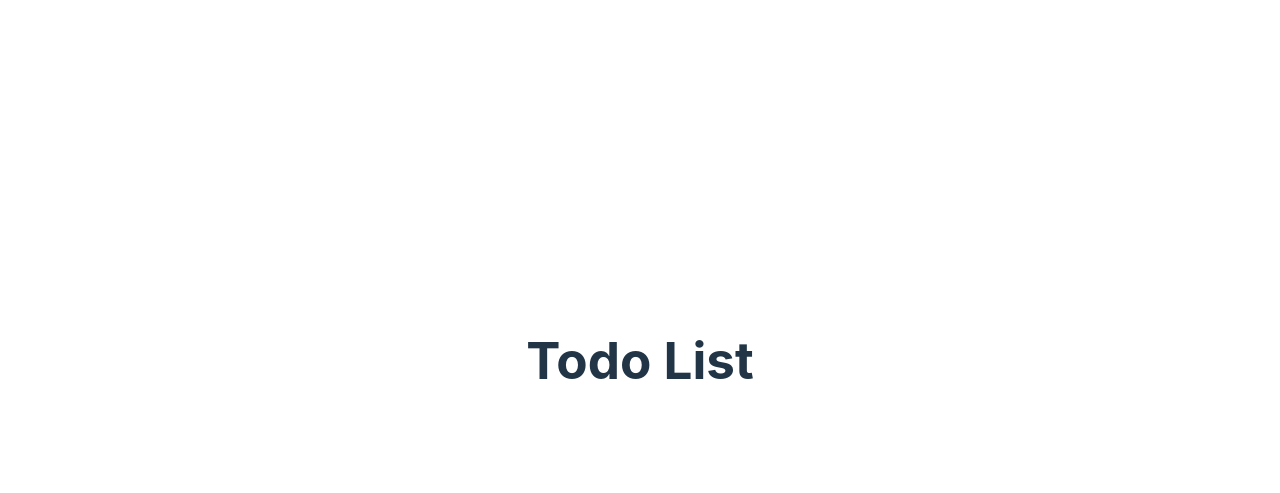
Repository: sinchana-P/rtk-query-todo
Page: /
An editor plug-in stored every save of this project. The page is shown before and after a run of saves, followed by the edit.
The browser window is 1280 px wide. The pictures show the whole page.
The project was rebuilt for these pictures with package versions that can differ from the ones it lists, and the page was loaded fresh each time. Also part of the build but not shown: vite.config.js.

Above is the page before, as saved 2023-11-28 21:54:46.

### src/App.jsx
import TodoList from './features/todos/TodoList'
import './App.css'

function App() {

  return (
    <TodoList />
  )
}

export default App

### src/features/todos/TodoList.jsx
//  add imports
import { FontAwesomeIcon } from '@fortawesome/react-fontawesome'
import { faTrash, faUpload } from '@fortawesome/free-solid-svg-icons'
import { useState } from 'react'

const TodoList = () => {

    const [newTodo, setNewTodo] = useState('');

    const handleSubmit = (e) => {
        e.preventDefault();
        // addTodo
        setNewTodo('')
    }

    const newItemSection =
        <form onSubmit={handleSubmit}>
            <label htmlFor='new-todo'>Enter a new todo item</label>
            <div className='new-todo'>
                <input
                    type='text'
                    id='new-do'
                    value={newTodo}
                    onChange={(e) => setNewTodo(e.target.value)}
                    placeholder='Enter new todo'
                />
            </div>
            <button className='submit'>
                <FontAwesomeIcon icon={faUpload} />
            </button>
        </form>

    let content;
    // Define conditional content

  return (
    <main>
        <h1>Todo List</h1>
    </main>
  )
}

export default TodoList

Loaded but not shown: index.html (common file); src/main.jsx (common file); src/index.css (common file); src/App.css (common file)

After the next 5 saves:
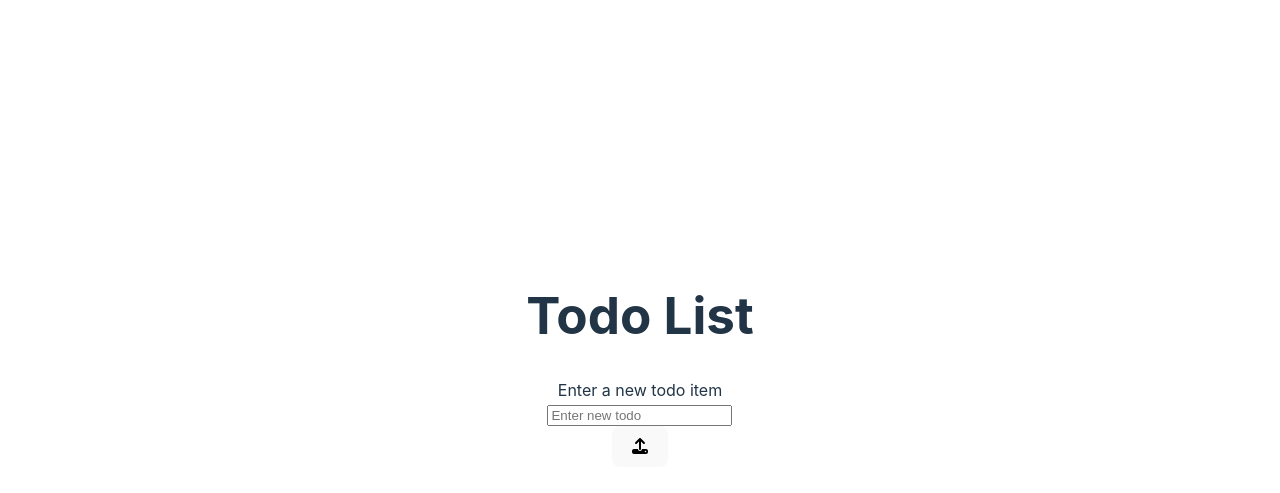
The 5 saves are shown as one change because they came seconds apart.
The last was saved 15 s later.
--- a/src/features/todos/TodoList.jsx
+++ b/src/features/todos/TodoList.jsx
@@ -35,7 +35,9 @@ const TodoList = () => {
 
   return (
     <main>
-        <h1>Todo List</h1>
+          <h1>Todo List</h1>
+          {newItemSection}
+          {content}
     </main>
   )
 }
